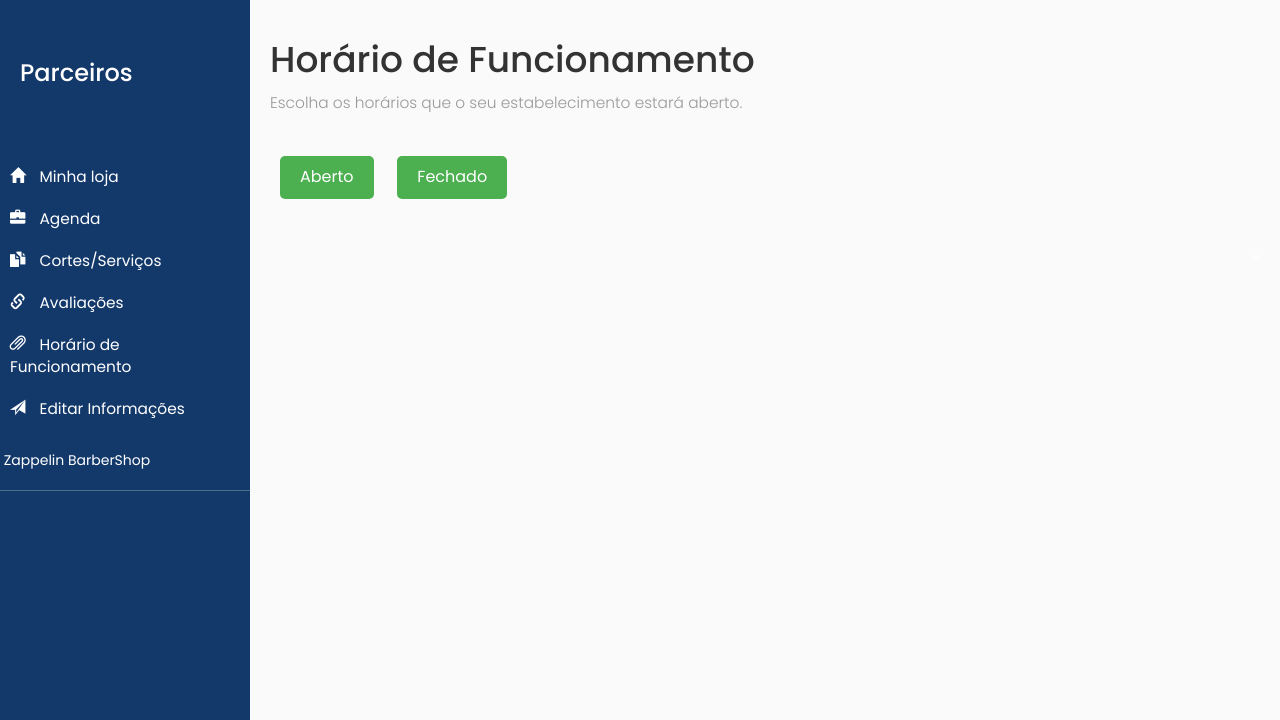
Repository: aquilesascar/barberconnect
Page: http://localhost/horario.php
These files come from the project's save history. The page is drawn as it stood at one moment and after the next save; the edit follows.
The browser window is 1280 px wide. The pictures show the whole page.
The page is run by PHP 8.4 with error messages shown; the project is at /var/www/html/.

Above is the page before, as saved 2023-10-09 14:13:22.

### horario.php
<!DOCTYPE html>
<html lang="en">

<head>
    <meta charset="UTF-8">
    <meta http-equiv="X-UA-Compatible" content="IE=edge">
    <meta name="viewport" content="width=device-width, initial-scale=1.0">
    <title>Document</title>

    <!-- Bootstrap CSS CDN -->
    <link rel="stylesheet" href="https://maxcdn.bootstrapcdn.com/bootstrap/3.3.7/css/bootstrap.min.css">
    <!-- Our Custom CSS -->
    <link rel="stylesheet" href="../TCC/assets/css/style4.css">
    <style>


    </style>

</head>

<body>
    <div class="wrapper">
        <?php
        //INCLUSÃO DO MENU
        include_once('menu.php');
        ?>
        <div id="content">

            <h1>Horário de Funcionamento</h1>
            <p>Escolha os horários que o seu estabelecimento estará aberto.</p>
            <br>

            <button id="botao1" onclick="selecionarBotao(1)">Aberto</button>

            <button id="botao2" onclick="selecionarBotao(2)">Fechado</button>

            <style>
                #botao1,
                #botao2 {
                    background-color: #4CAF50;
                    border: none;
                    color: white;
                    padding: 10px 20px;
                    text-align: center;
                    text-decoration: none;
                    display: inline-block;
                    font-size: 16px;
                    margin: 10px;
                    cursor: pointer;
                    border-radius: 5px;
                }

                #botao1.disabled,
                #botao2.disabled {
                    background-color: gray;
                    /* Cor de fundo cinza para botões desativados */
                    cursor: not-allowed;
                    /* Cursor de não permitido quando desativado */
                }
            </style>


        </div>
    </div>

    <script>
        function selecionarBotao(botaoSelecionado) {
            if (botaoSelecionado === 1) {
                document.getElementById('botao1').classList.add('disabled');
                document.getElementById('botao2').classList.remove('disabled');
            } else if (botaoSelecionado === 2) {
                document.getElementById('botao2').classList.add('disabled');
                document.getElementById('botao1').classList.remove('disabled');
            }
        }
    </script>



</body>

</html>

### menu.php
<nav id="sidebar">
    <div class="sidebar-header">
        <h3>Parceiros</h3>
        <strong>BC</strong>
    </div>

    <ul class="list-unstyled components">
        <li>
            <a href="index4.php">
                <i class="glyphicon glyphicon-home"></i>
                Minha loja
            </a>

        </li>
        <li>
            <a href="agenda.php">
                <i class="glyphicon glyphicon-briefcase"></i>
                Agenda
            </a>

            <a href="corteclassico.php" aria-expanded="false">
                <i class="glyphicon glyphicon-duplicate"></i>
                Cortes/Serviços
            </a>
        </li>
        <li>
            <a href="avaliacoes.php">
                <i class="glyphicon glyphicon-link"></i>
                Avaliações
            </a>
        </li>
        <li>
            <a href="horario.php">
                <i class="glyphicon glyphicon-paperclip"></i>
                Horário de Funcionamento
            </a>
        </li>
        <li>
            <a href="#">
                <i class="glyphicon glyphicon-send"></i>
                Editar Informações
            </a>
        </li>
        <li>
            <a href="#"></a>
            <i class="glyphicon glyphicon-logout"></i>
            Zappelin BarberShop
        </li>
    </ul>

</nav>

### assets/css/style4.css
@import "https://fonts.googleapis.com/css?family=Poppins:300,400,500,600,700";

.form-check form-switch {
    text-align: justify;
}

h2 {
    padding-top: 20px;
}

h3 {
    padding-bottom: 20px;
    padding-top: 20px;
}

#sidebarCollapse {
    display: flex;
    align-items: center;
    justify-content: center;
}

#sidebarCollapse:hover {

    background-color: #05234b;
    color: white;
    align-items: center;
}

#lorem{
    color: #fafafa;
    font-size: 14px;
    user-select: none; /* Evita a seleção de texto */
    cursor: default;   /* Mantém o cursor padrão */
}


.coverImg {
    display: flex;
    justify-content: center;
}

.cover {
    border-radius: 8px;
}

.images {
    padding-bottom: 6% !important;
}

.linha{
    padding-bottom: 3%;
}

.filtros button {
    align-items: center !important;
    justify-content: center;
    border-radius: 25px !important;
    padding: 5px 17px;
    background-color: transparent;
    border-color: #8c8c8c !important;
    color: #8c8c8c;
    font-size: 16px !important;
    margin-right: 20px;
    font-weight: 450;
}

.filtros button:hover {
    background-color: transparent !important;
    /* Remove a mudança de cor de fundo */
    border-color: #6a6a6a !important;
    /* Remove a mudança de cor da borda */
    color: #6a6a6a !important;
    /* Remove a mudança de cor do texto */
}

.btn-primary {
    align-items: center !important;
    justify-content: center;
    border-radius: 5px !important;
    background-color: transparent;
    border-color: #080808 !important;
    color: #8c8c8c;
    font-size: 13px;
    margin-right: 20px;
    font-weight: 450;
}

.btn-primary:hover {
    background-color: transparent !important;
    /* Remove a mudança de cor de fundo */
    border-color: #6a6a6a !important;
    /* Remove a mudança de cor da borda */
    color: #6a6a6a !important;
    /* Remove a mudança de cor do texto */
}

.filtros {
    padding-bottom: 1%;

}

.divForm {
    margin-left: 10%;
    margin-right: 10%;
    border-radius: 6px;
    background-color: white;
    position: relative;
}

.divTable {
    border-radius: 6px;
    background-color: white;
    position: relative;
    box-shadow: 0 4px 8px 0 rgba(0, 0, 0, 0.2);
}

.divTable table {
    width: 100%;
    border-collapse: collapse;
    font-family: Arial, sans-serif;
}

.divTable th {
    background-color: #13396B;
    color: white;
    padding: 10px;
    text-align: center;
}

.divTable td {
    padding: 18px;
    text-align: center;
    border-bottom: 1px solid #ddd;
}

.divTable tr:hover {
    background-color: #f5f5f5;
}

.divTable caption {
    caption-side: top;
    text-align: center;
    font-weight: bold;
}


.barberItem {
    box-sizing: border-box;
    width: calc(100% / 3 - 10px);
    height: 200px;
    display: inline-block;
    position: relative;
    border-radius: 15px; /* Adiciona bordas arredondadas */
    box-shadow: 0 4px 8px 0 rgba(0,0,0,0.2); /* Adiciona sombra */
    transition: transform 0.4s ease, box-shadow 0.2s ease;
    background-color: #ffffff; /* Adiciona cor de fundo */
    padding: 10px 20px;
    margin-right: 6px;
    margin-bottom: 20px; /* Espaçamento entre as linhas */
}

.barberItem:hover {
    border-color: #6a6a6a !important;
    cursor: pointer;
}

.barberItem p {
    padding-left: 15%;
    font-size: 20px !important;
    padding-bottom: 20% !important;
    display: inline-block !important;
}

.barberText {
    margin-left: 85px;
    font-size: 24px;
    align-items: center;
    position: relative;
    top: -78px;
}

.description {
    padding-top: 4%;
}

.itemDescription {
    color: #8c8c8c;
    display: block;
    padding-bottom: 5%;
}

.price {
    padding-top: 5%;
    font-weight: 700;
    font-size: 20px;
}

.infos {
    position: relative;
    top: -1px;
    display: flex;
    justify-content: space-between;
    /* Isso substituirá a necessidade de float: right; */
}

.rightInfo {
    clear: both;
}

.itemName {
    font-size: 20px;
    font-weight: 600;
    position: relative;
}

.bi-star-fill {
    font-size: 16px;

}

.barberInfo {
    padding-top: 5%;
    font-size: 16px;
}

.avaliacao {
    color: rgb(255, 213, 0);
    text-decoration: underline;
    transition: color 0.2s ease;
}

.avaliacao:hover {
    cursor: pointer;
    color: rgb(251, 209, 0);
}

.distancia {
    color: rgba(0, 0, 0, 0.45);
}

.barberText {
    padding-top: 3px;
    font-size: 16px;
}

.barberName {
    font-size: 24px;
    font-weight: 700;
    position: relative;

}

.images img {
    padding-right: 3% !important;
}

body {
    font-family: 'Poppins', sans-serif;
    background: #fafafa;
}

p {
    font-family: 'Poppins', sans-serif;
    font-size: 1.1em;
    font-weight: 300;
    line-height: 1.7em;
    color: #999;
}

a,
a:hover,
a:focus {
    color: inherit;
    text-decoration: none;
    transition: all 0.3s;
}

.navbar {
    padding: 15px 10px;
    background: #fff;
    border: none;
    border-radius: 0;
    margin-bottom: 40px;
    box-shadow: 1px 1px 3px rgba(0, 0, 0, 0.1);
}

.minImg {
    position: absolute;
    right: 0;
    top: 50%;
    transform: translateY(-50%);
    padding-right: 5%;

}


.images img {
    padding-right: 3% !important;
}

.navbar-btn {
    box-shadow: none;
    outline: none !important;
    border: none;
    color: #ffffff;
    background-color: #13396B;
}

.line {
    width: 100%;
    height: 1px;
    border-bottom: 1px dashed #ddd;
    margin: 40px 0;
}

i,
span {
    display: inline-block;
}

/* ---------------------------------------------------
    SIDEBAR STYLE
----------------------------------------------------- */
.wrapper {
    display: flex;
    height: 100%;
    /*align-items: stretch;*/
}

#agenda {
    background-color: #13396B !important;
    color: white;
    cursor: default;
}

#thData:hover {
    cursor: pointer;
}

#sidebar {
    min-width: 250px;
    max-width: 250px;
    background: #13396B;
    color: #ffffff;
    transition: all 0.3s;
}

#sidebar.active {
    min-width: 80px;
    max-width: 80px;
    text-align: center;
}

#sidebar.active .sidebar-header h3,
#sidebar.active .CTAs {
    display: none;
}

#sidebar.active .sidebar-header strong {
    display: block;
}

#sidebar ul li a {
    text-align: left;
}

#sidebar.active ul li a {
    padding: 20px 10px;
    text-align: center;
    font-size: 0.85em;
}

#sidebar.active ul li a i {
    margin-right: 0;
    display: block;
    font-size: 1.8em;
    margin-bottom: 5px;
}

#sidebar.active ul ul a {
    padding: 10px !important;
}

#sidebar.active a[aria-expanded="false"]::before,
#sidebar.active a[aria-expanded="true"]::before {
    top: auto;
    bottom: 5px;
    right: 50%;
    -webkit-transform: translateX(50%);
    -ms-transform: translateX(50%);
    transform: translateX(50%);
}

#sidebar .sidebar-header {
    padding: 20px;
    background: #13396B;
}

#sidebar .sidebar-header strong {
    display: none;
    font-size: 1.8em;
}

#sidebar ul.components {
    padding: 20px 0;
    border-bottom: 1px solid #47748b;
}

#sidebar ul li a {
    padding: 10px;
    font-size: 1.1em;
    display: block;
}

#sidebar ul li a:hover {
    color: #13396B;
    background: #fff;
}

#sidebar ul li a i {
    margin-right: 10px;
}

#sidebar ul li.active>a,
a[aria-expanded="true"] {
    color: #fff;
    background: #13396B;
}


a[data-toggle="collapse"] {
    position: relative;
}

a[aria-expanded="false"]::before,
a[aria-expanded="true"]::before {
    content: '\e259';
    display: block;
    position: absolute;
    right: 20px;
    font-family: 'Glyphicons Halflings';
    font-size: 0.6em;
}

a[aria-expanded="true"]::before {
    content: '\e260';
}


ul ul a {
    font-size: 0.9em !important;
    padding-left: 30px !important;
    background: #13396B;
}

ul.CTAs {
    padding: 20px;
}

ul.CTAs a {
    text-align: center;
    font-size: 0.9em !important;
    display: block;
    border-radius: 5px;
    margin-bottom: 5px;
}

a.download {
    background: #13396B;
    color: #13396B;
}

a.article,
a.article:hover {
    background: #13396B !important;
    color: #fff !important;
}

#imgCorte {
    width: 100px;
}

/* ---------------------------------------------------
    CONTENT STYLE
----------------------------------------------------- */
#content {
    padding: 20px;
    min-height: 100vh;
    transition: all 0.3s;
}


/* ---------------------------------------------------
    MEDIAQUERIES
----------------------------------------------------- */
@media (max-width: 768px) {
    #sidebar {
        min-width: 80px;
        max-width: 80px;
        text-align: center;
        margin-left: -80px !important;
    }

    a[aria-expanded="false"]::before,
    a[aria-expanded="true"]::before {
        top: auto;
        bottom: 5px;
        right: 50%;
        -webkit-transform: translateX(50%);
        -ms-transform: translateX(50%);
        transform: translateX(50%);
    }

    #sidebar.active {
        margin-left: 0 !important;
    }

    #sidebar .sidebar-header h3,
    #sidebar .CTAs {
        display: none;
    }

    #sidebar .sidebar-header strong {
        display: block;
    }

    #sidebar ul li a {
        padding: 20px 10px;
    }

    #sidebar ul li a span {
        font-size: 0.85em;
    }

    #sidebar ul li a i {
        margin-right: 0;
        display: block;
    }

    #sidebar ul ul a {
        padding: 10px !important;
    }

    #sidebar ul li a i {
        font-size: 1.3em;
    }

    #sidebar {
        margin-left: 0;
    }

    #sidebarCollapse span {
        display: none;
    }
}

After the next save:
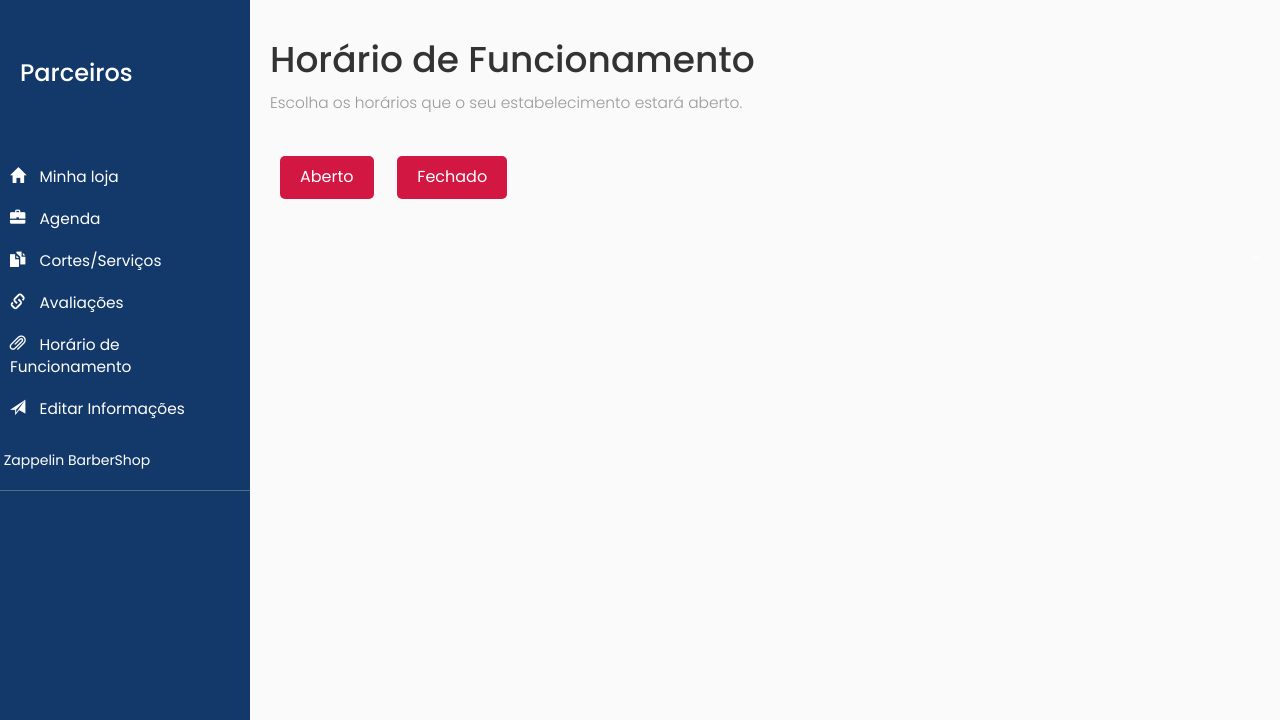
Saved 4 min 27 s later.
--- a/horario.php
+++ b/horario.php
@@ -37,7 +37,7 @@
             <style>
                 #botao1,
                 #botao2 {
-                    background-color: #4CAF50;
+                    background-color: #D21742;
                     border: none;
                     color: white;
                     padding: 10px 20px;
